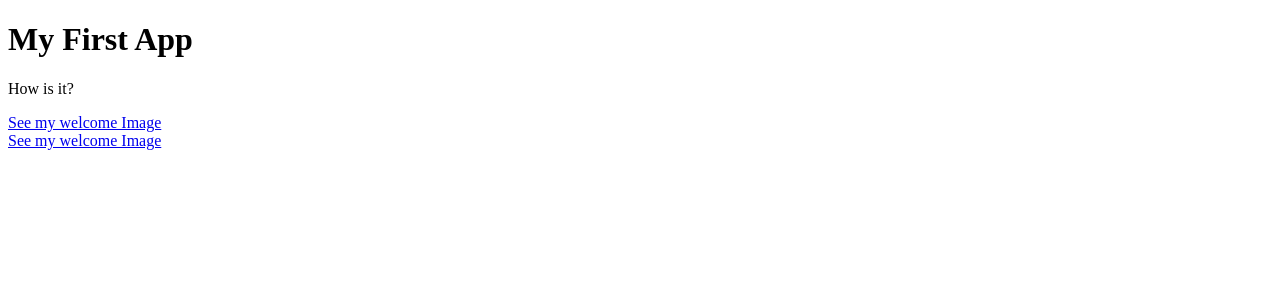
Repository: mksaini026/Java_Program
Page: TestWeb/WebContent/HomePage.html
The author's editor kept a copy of each file at every save. The page is drawn from the files as they stood at one save, then again after the next save.
The browser window is 1280 px wide. The pictures show the whole page.

Above is the page before, as saved 2019-10-23 08:09:58.

### TestWeb/WebContent/HomePage.html
<!DOCTYPE html>
<html>
<head>
<meta charset="ISO-8859-1">
<title>Insert title here</title>
</head>
<body>
<h1>My First App</h1>
<p>How is it?</p>
<a href="http://localhost:8080/TestWeb/Test.html">See my welcome Image</a><br>
<a href="Me and Pa.jpg">See my welcome Image</a>

</body>
</html>

After the next save:
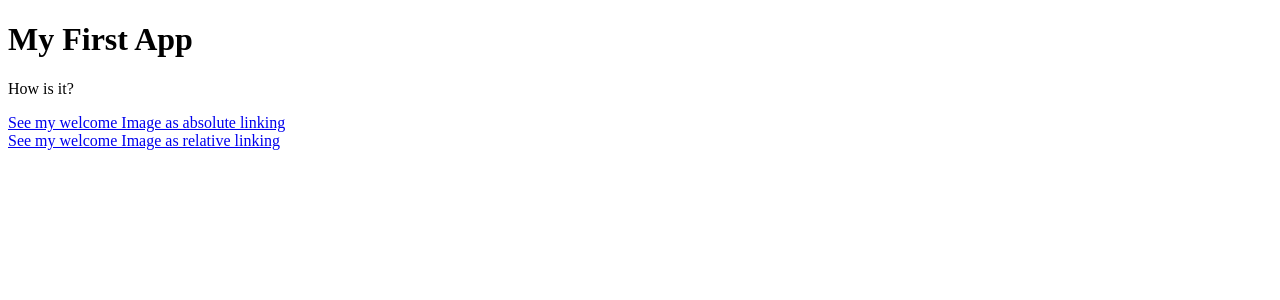
Saved 74 s later.
--- a/TestWeb/WebContent/HomePage.html
+++ b/TestWeb/WebContent/HomePage.html
@@ -7,8 +7,8 @@
 <body>
 <h1>My First App</h1>
 <p>How is it?</p>
-<a href="http://localhost:8080/TestWeb/Test.html">See my welcome Image</a><br>
-<a href="Me and Pa.jpg">See my welcome Image</a>
+<a href="http://localhost:8080/TestWeb/Test.html">See my welcome Image as absolute linking</a><br>
+<a href="Me and Pa.jpg">See my welcome Image as relative linking</a>
 
 </body>
 </html>
